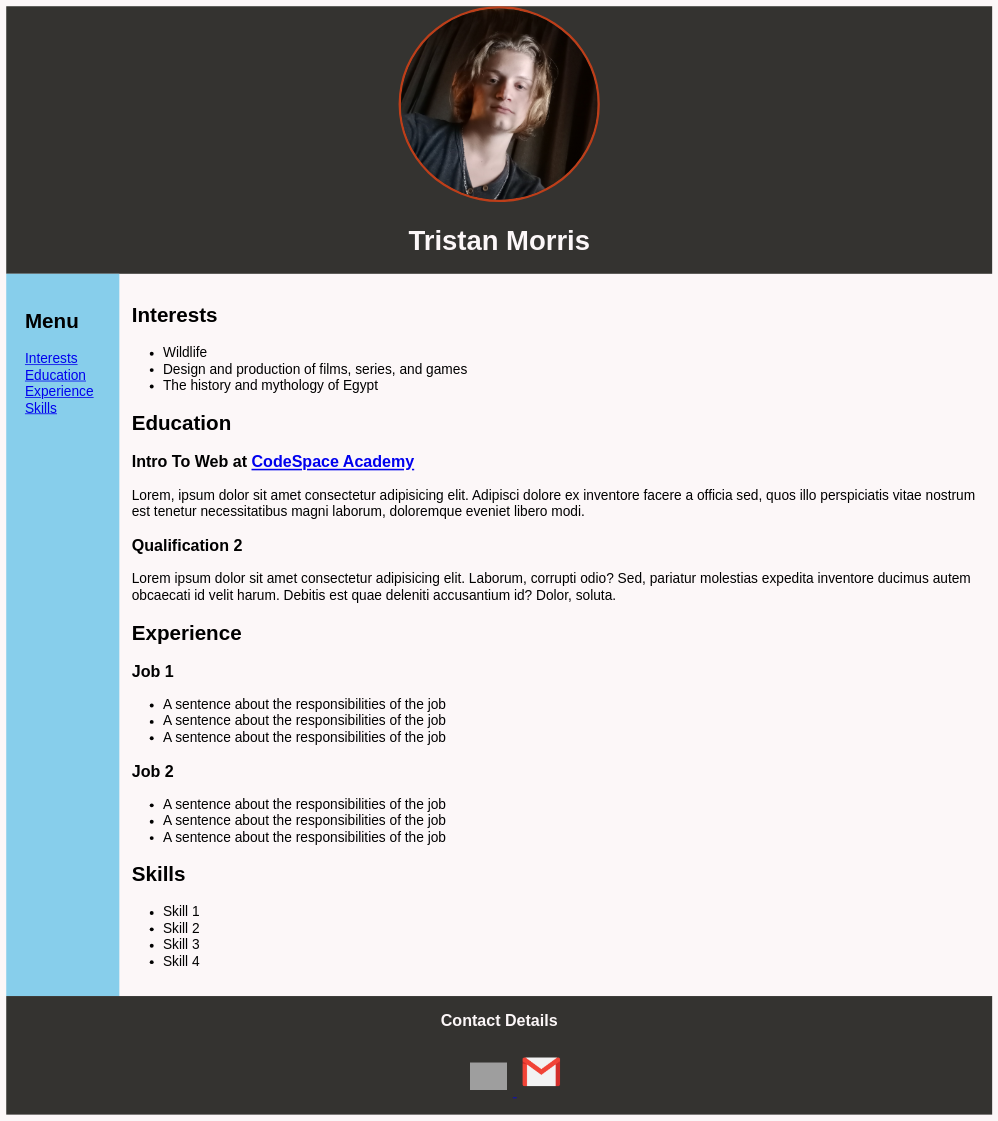
Repository: TristanKMorris/introToWebDesignAssignment
Page: resume.html
An editor plug-in stored every save of this project. The page is shown before and after the next save, followed by the edit.
The browser window is 1280 px wide. The pictures show the whole page, at 78% of full size.
Pictures or frames that could not be fetched are drawn as grey boxes.

Above is the page before, as saved 2022-06-02 22:05:22.

### resume.html

<!DOCTYPE html>
<html
  <head>
    <title>Tristan's Website</title>

    <link rel="stylesheet" type="text/css" href="css/stylesheet.css">

  </head>

  <body>

   <header id="heading">
        <img src="images/tristanPortrait.jpg" alt="Tristan Morris Portrait" id="profilePhoto"/>

      <h1>Tristan Morris</h1>
        <p></p>

    </header>

    <main class="main">

      <div id="sidebar">

        <nav>

          <h2>Menu</h2>

           <ul class="navMenu">
              <li> <a href="#interests">Interests</a> </li>
              <li> <a href="#education">Education</a> </li>
              <li> <a href="#experience">Experience</a> </li>
              <li> <a href="#skills">Skills</a> </li>
            </ul>

        </nav>

      </div>

        <div class="content">

          <h2 id="interests">Interests</h2>

          <ul>

            <li>Wildlife</li>
            <li>Design and production of films, series, and games</li>
            <li>The history and mythology of Egypt</li>

          </ul>

          <h2 id="education">Education</h2>

            <h3>Intro To Web at <a href="http://codespace.co.za/" target="_blank">CodeSpace Academy</a> </h3>

             <p>
               Lorem, ipsum dolor sit amet consectetur adipisicing elit. Adipisci dolore
               ex inventore facere a officia sed, quos illo perspiciatis vitae nostrum
               est tenetur necessitatibus magni laborum, doloremque eveniet libero modi.
             </p>

            <h3>Qualification 2</h3>

             <p>
                Lorem ipsum dolor sit amet consectetur adipisicing elit. Laborum, corrupti
                odio? Sed, pariatur molestias expedita inventore ducimus autem obcaecati
                id velit harum. Debitis est quae deleniti accusantium id? Dolor, soluta.
              </p>

          <h2 id="experience">Experience</h2>

            <h3>Job 1</h3>

            <ul>

              <li>A sentence about the responsibilities of the job</li>
              <li>A sentence about the responsibilities of the job</li>
              <li>A sentence about the responsibilities of the job</li>

            </ul>

            <h3>Job 2</h3>

            <ul>

              <li>A sentence about the responsibilities of the job</li>
              <li>A sentence about the responsibilities of the job</li>
              <li>A sentence about the responsibilities of the job</li>

            </ul>

          <h2 id="skills">Skills</h2>

            <ul>
              <li>Skill 1</li>
              <li>Skill 2</li>
              <li>Skill 3</li>
              <li>Skill 4</li>
            </ul>

        </div>

    </main>

    <footer>

      <h3>Contact Details</h3>
      <ul>
          <a href="http://www.instagram.com/tristan_k_morris" target="_blank">
           <img class="icons" src="images/instagramIcon.png" alt="Tristan Morris Instagram">

          </a>

          <a href="mailto: tristankm21@gmail.com" target="_blank">
           <img class="icons" src="images/gmailIcon.png" alt="Tristan Morris Email">

          </a>

      </ul>

    </footer>


  </body>
</html>

### css/stylesheet.css
body{
  font-family: sans-serif;
  font-size:110%;
  background-color: #FCF7F8;
  display: flex;
  flex-direction: column;
}

.main{
  display: flex;
  flex-direction: row;
  overflow: unset;
}

#profilePhoto{
  width: 20%;
  height: 20%;
  border-radius: 50%;
  border: 3px solid #ff4410ad;
}

header {
  text-align: center;
  justify-content: center;
}
#heading{
  font-family: sans-serif;
  font: size 110%;
  background-color: #343330;
  color: #FCF7F8;
}

footer {
  background-color: #343330;
  text-align: center;
  color: #FCF7F8;
}
#sidebar{
  width: 12%;
  background-color: skyblue;
  padding: 1.5rem;
  color: black;
}
.navMenu{
  list-style-type: none;
  padding: 0%;
}

.icons{
  width: 3rem;
  margin: 0.5rem;
  height: auto;
}

.content{
  width: auto;
  margin: 1rem;
  height: auto;
}

After the next save:
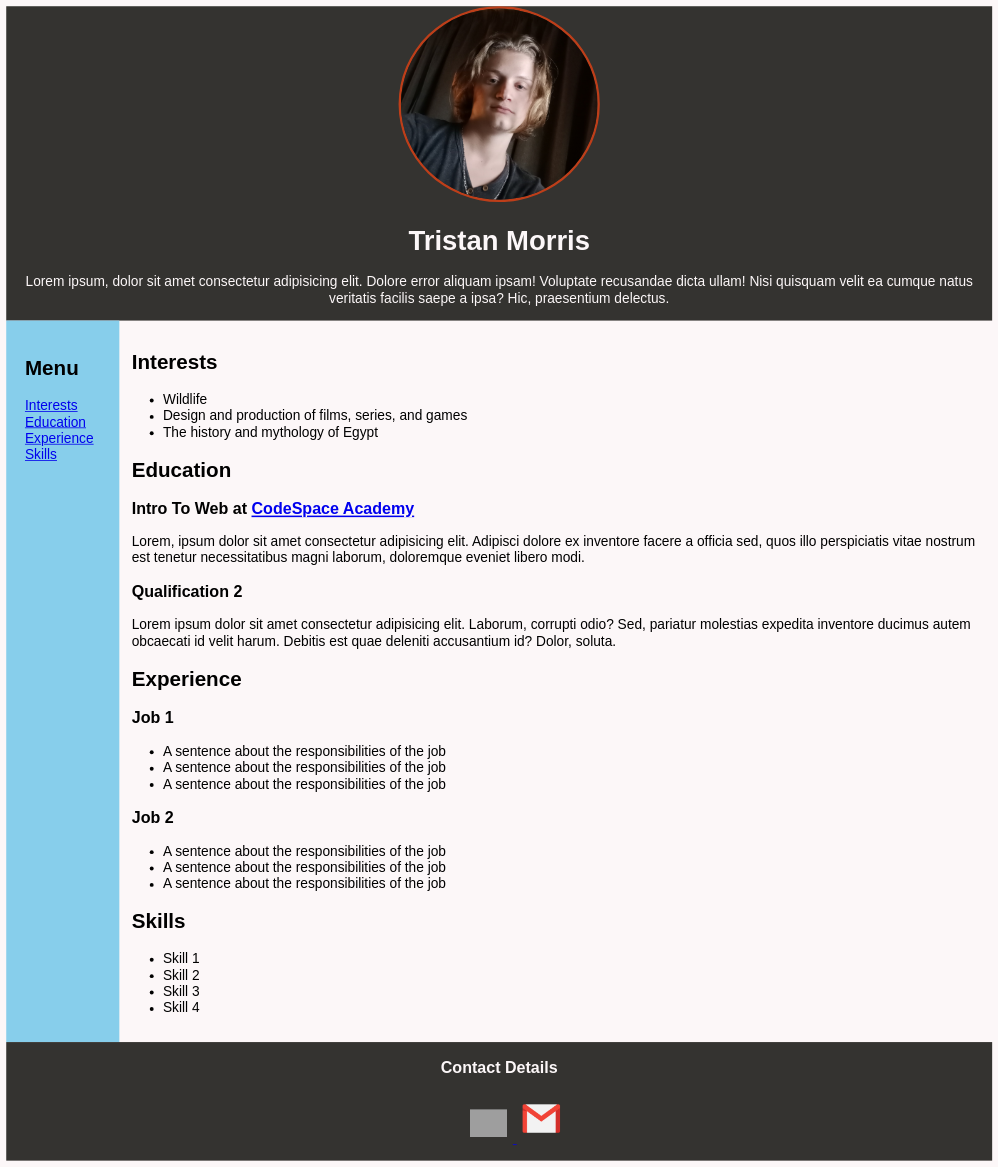
Saved 4 min 21 s later.
--- a/resume.html
+++ b/resume.html
@@ -14,7 +14,7 @@
         <img src="images/tristanPortrait.jpg" alt="Tristan Morris Portrait" id="profilePhoto"/>
 
       <h1>Tristan Morris</h1>
-        <p></p>
+        <p>Lorem ipsum, dolor sit amet consectetur adipisicing elit. Dolore error aliquam ipsam! Voluptate recusandae dicta ullam! Nisi quisquam velit ea cumque natus veritatis facilis saepe a ipsa? Hic, praesentium delectus.</p>
 
     </header>
 
